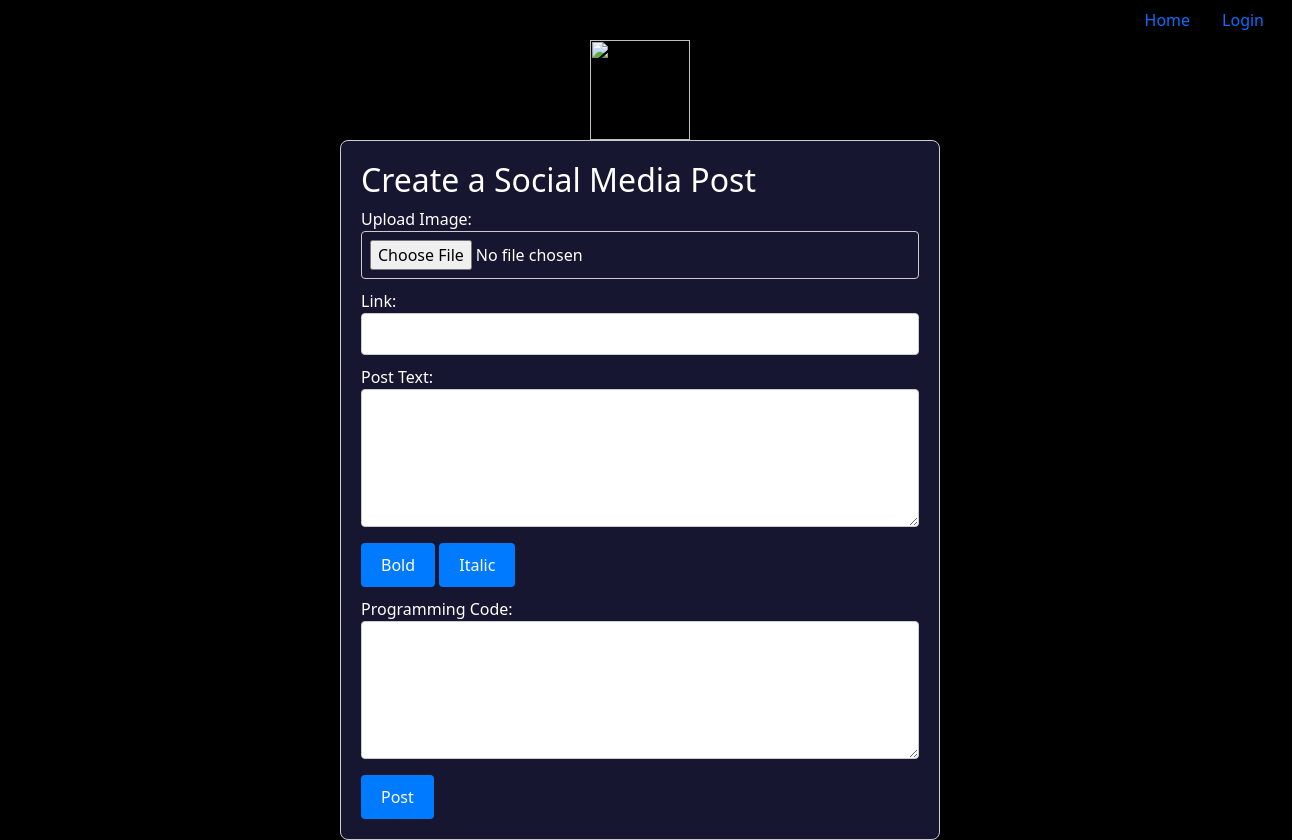
Repository: jaseem1999/sdCommunity
Page: http://localhost/sdCommunity/UserPost.jsp
The author's editor kept a copy of each file at every save. The page is drawn from the files as they stood at one save, then again after the next save.
The browser window is 1280 px wide. The page is 1280 px wide, then 1292 px, so the pictures cover 1292 px, including what lies to the right of the window. The pictures show the whole page.
The page is served by Tomcat 9. Other server files are loaded and not shown.

Above is the page before, as saved 2023-09-29 14:57:02.

### sdCommunity/src/main/webapp/UserPost.jsp
<%@ page language="java" contentType="text/html; charset=ISO-8859-1"
    pageEncoding="ISO-8859-1"%>
<%

Integer id =(Integer)session.getAttribute("uid");
String fname=(String)session.getAttribute("fname");
String lname=(String)session.getAttribute("lname");
String email=(String)session.getAttribute("email");
Integer num=(Integer)session.getAttribute("num");
String company = (String) session.getAttribute("company");
String github = (String) session.getAttribute("github");
String linkedin = (String) session.getAttribute("linkedin");
String website = (String) session.getAttribute("website");
String nation = (String) session.getAttribute("nation");
String gender = (String) session.getAttribute("gender");
String about = (String) session.getAttribute("about");
String college = (String) session.getAttribute("college");
String position = (String) session.getAttribute("position");

%>

<!DOCTYPE html>
<html lang="en">
<head>
<meta charset="UTF-8">
<link href="https://cdn.jsdelivr.net/npm/bootstrap@5.2.3/dist/css/bootstrap.min.css" rel="stylesheet" integrity="sha384-rbsA2VBKQhggwzxH7pPCaAqO46MgnOM80zW1RWuH61DGLwZJEdK2Kadq2F9CUG65" crossorigin="anonymous">
<script src="https://cdn.jsdelivr.net/npm/bootstrap@5.2.3/dist/js/bootstrap.bundle.min.js" integrity="sha384-kenU1KFdBIe4zVF0s0G1M5b4hcpxyD9F7jL+jjXkk+Q2h455rYXK/7HAuoJl+0I4" crossorigin="anonymous"></script>
<title>Post</title>
<style>

    .post-form {
        max-width: 600px;
        margin: auto;
        padding: 20px;
        background-color: #5f5fd13b;
        border: 1px solid #ccc;
        border-radius: 8px;
        box-shadow: 0 2px 4px rgba(0,0,0,0.1);
    }
    input, textarea, select {
        width: 100%;
        padding: 8px;
        margin-bottom: 10px;
        border: 1px solid #ccc;
        border-radius: 4px;
        box-sizing: border-box;
    }
    button {
        padding: 10px 20px;
        background-color: #007bff;
        color: #fff;
        border: none;
        border-radius: 4px;
        cursor: pointer;
    }
    button:hover {
        background-color: #0056b3;
    }
    .format-options {
        margin-bottom: 10px;
    }
    .post-display {
        margin-top: 20px;
        border: 1px solid #ccc;
        padding: 10px;
        background-color: #fff;
        border-radius: 8px;
    }
    .profileImg{
		width: 70px;
		height: 100px;
		border: 1 solid white;
	}
	#center{
		text-align: center;
	}
</style>
</head>
<body style="background-color: black; color: white;">
<div class="modal fade" id="exampleModal" tabindex="-1" aria-labelledby="exampleModalLabel" aria-hidden="true">
		  <div class="modal-dialog" style="color: black;">
		    <div class="modal-content">
		      <div class="modal-header">
		        <h1 class="modal-title fs-5" id="exampleModalLabel">Modal title</h1>
		        <button type="button" class="btn-close" data-bs-dismiss="modal" aria-label="Close"></button>
		      </div>
		      <form action="settingsAccess" method="post">
		      <div class="modal-body">
		        <div class="mb-3">
    				<label for="exampleInputPassword1" class="form-label">Password</label>
    				<input type="password" class="form-control" id="exampleInputPassword1" name="exampleInputPassword1">
  				</div>
		      </div>
		      <div class="modal-footer">
		        <button type="button" class="btn btn-secondary" data-bs-dismiss="modal">Close</button>
		         <input type="submit" class="btn btn-primary" value="OK">
		      </div>
		      </form>
		    </div>
		  </div>
		</div>

	<ul class="nav justify-content-end ">
		<li class="nav-item">
		    	<a class='nav-link' href='UserHome.jsp'>Home</a>
		  </li>
		  <li class="nav-item">
		    <%
		  	if (email != null){
		  		out.print("<a class='nav-link' href=''>Post</a>");
		  	}else{
		  		out.print("");
		  	}
		  %>
		  </li>
		  <li class="nav-item">
		    <%
		  	if (email != null){
		  		out.print("<a class='nav-link' href=''>Followers</a>");
		  	}else{
		  		out.print("");
		  	}
		  %>
		  </li>
		  <li class="nav-item">
		    <%
		  	if (email != null){
		  		out.print("<a class='nav-link' href=''>Chat</a>");
		  	}else{
		  		out.print("");
		  	}
		  %>
		  </li>

		  <li class="nav-item">
		   <%
		  	if (email != null){
		  		out.print("<a class='nav-link' data-bs-toggle='modal' data-bs-target='#exampleModal'>Settings</a>");
		  	}else{
		  		out.print("");
		  	}
		  %>
		  </li>
		  <li class="nav-item">
		  <%
		  	if (email != null){
		  		if (company != null){
		  			out.print("<a class='nav-link' href='viewProfile.jsp'>Profile</a>");
		  		}
		  		else{
		  			out.print("<a class='nav-link' href='profile.jsp'>Profile</a>");
		  		}

		  	}else{
		  		out.print("<a class='nav-link' href='Login.jsp'>Login</a>");
		  	}
		  %>
		  </li>

		  <li class="nav-item">
		    <%
		  	if (email != null){
		  		out.print("<a class='nav-link' href='logout.jsp'>Logout</a>");
		  	}else{
		  		out.print("");
		  	}
		  %>
		  </li>
		  <li class="nav-item">
		  <%
		  	if (email != null){
		  		if (company != null){
		  			out.print("<a class='nav-link' href='viewProfile.jsp'><img alt='' src='image?id="+id+"' style=' width: 35px; border-radius: 50%; height: 35px;border: 1px solid white;'/></a>");
		  		}
		  		else{
		  			out.print("<a class='nav-link' href='viewProfile.jsp'><img alt='' src='./homecss/img/User-Profile.png'style=' width: 35px; border-radius: 50%; height: 35px;border: 1px solid white;'/></a>");
		  		}
		  	}else{
		  		out.print("");
		  	}
		  %>
		  </li>
	</ul>

	<div id="center">
	 <img class="profileImg" alt="" src="" id="updatedImg" style="width: 100px;"/><br>
    </div>

    <div class="post-form">
        <h2>Create a Social Media Post</h2>
        <form>
            <label for="image">Upload Image:</label>
            <input type="file" id="image" name="image" accept="image/*" onchange="displayImage()"><br>

            <label for="link">Link:</label>
            <input type="url" id="link" name="link"><br>

            <label for="text">Post Text:</label>
            <textarea id="text" name="text" rows="5"></textarea><br>

            <div class="format-options">
                <button type="button" onclick="makeBold()">Bold</button>
                <button type="button" onclick="makeItalic()">Italic</button>
            </div>

            <label for="code">Programming Code:</label>
            <textarea id="code" name="code" rows="5"></textarea><br>

            <button type="submit">Post</button>
        </form>
    </div>


    <script>
        function makeBold() {
            var textarea = document.getElementById('text');
            var selectedText = textarea.value.substring(textarea.selectionStart, textarea.selectionEnd);
            var beforeText = textarea.value.substring(0, textarea.selectionStart);
            var afterText = textarea.value.substring(textarea.selectionEnd);
            textarea.value = beforeText + '<b>' + selectedText + '</b>' + afterText;
        }

        function makeItalic() {
            var textarea = document.getElementById('text');
            var selectedText = textarea.value.substring(textarea.selectionStart, textarea.selectionEnd);
            var beforeText = textarea.value.substring(0, textarea.selectionStart);
            var afterText = textarea.value.substring(textarea.selectionEnd);
            textarea.value = beforeText + '<i>' + selectedText + '</i>' + afterText;
        }
        var image = document.getElementById('image').value;
        var link = document.getElementById('link').value;
        var text = document.getElementById('text').value;
        var code = document.getElementById('code').value;
        var codeLength = code.length;
        console.log("The length of the code is:", codeLength);

        function displayImage() {
        	var input = document.getElementById('image');
        	var img = document.getElementById('updatedImg');

        	var file = input.files[0];
        	var reader = new FileReader();

        	if (!file) {
        	img.src = "./css/img/User-profile.png"; // Set default image source
        	return;
        	}

        	if (file.size > 85 * 1024) { // Check if image size is greater than 200KB
        	document.getElementById("imgError").innerHTML = "Please update image size lesthan 85kb";
        	input.value = ""; // Clear the input field
        	img.src = "./css/img/User-profile.png"; // Set default image source
        	return;
        	}

        	reader.onload = function(e) {
        	img.src = e.target.result;
        	}

        	reader.readAsDataURL(file);
        }


     </script>
</body>
</html>

After the next save:
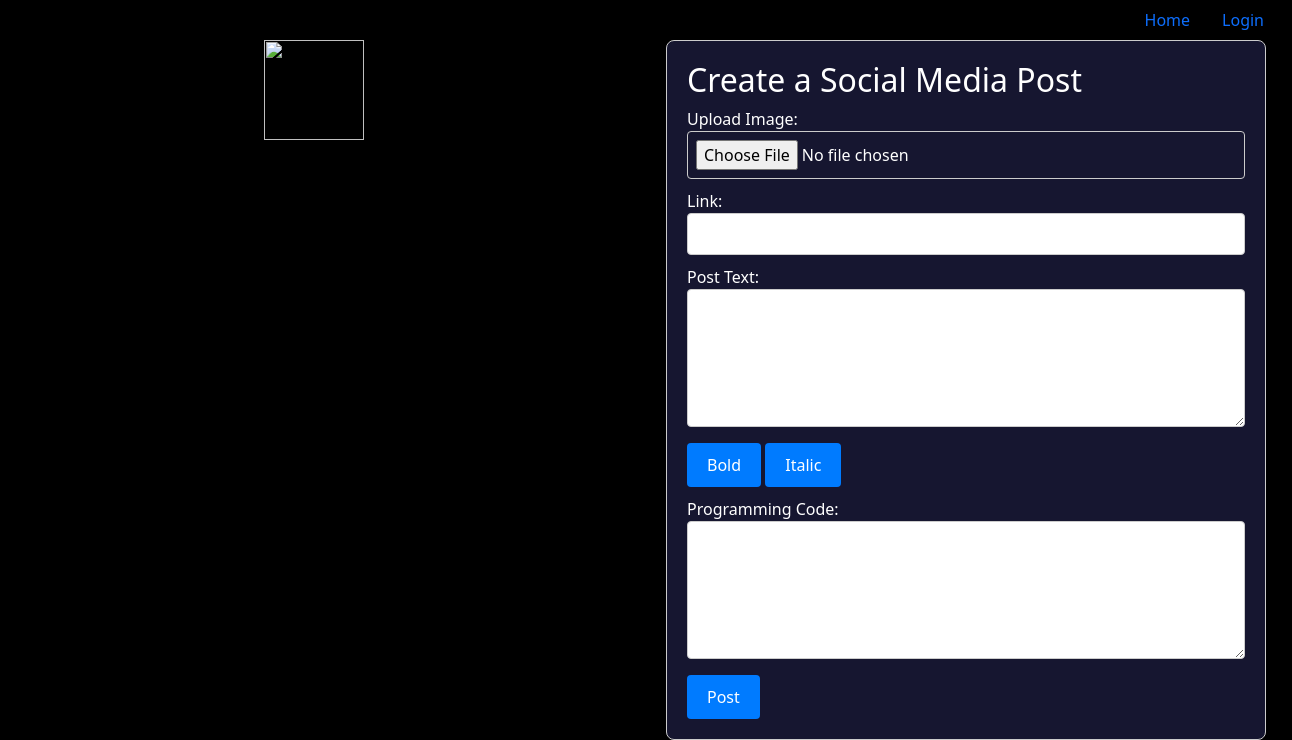
Saved 2 min 4 s later.
--- a/sdCommunity/src/main/webapp/UserPost.jsp
+++ b/sdCommunity/src/main/webapp/UserPost.jsp
@@ -181,11 +181,13 @@ String position = (String) session.getAttribute("position");
 		  %>
 		  </li>
 	</ul>
-
+	<div class="row">
+	  <div class="col">
 	<div id="center">
 	 <img class="profileImg" alt="" src="" id="updatedImg" style="width: 100px;"/><br>
     </div>
-
+    </div>
+	<div class="col">
     <div class="post-form">
         <h2>Create a Social Media Post</h2>
         <form>
@@ -208,6 +210,8 @@ String position = (String) session.getAttribute("position");
 
             <button type="submit">Post</button>
         </form>
+    </div>
+    </div>
     </div>
 
 
